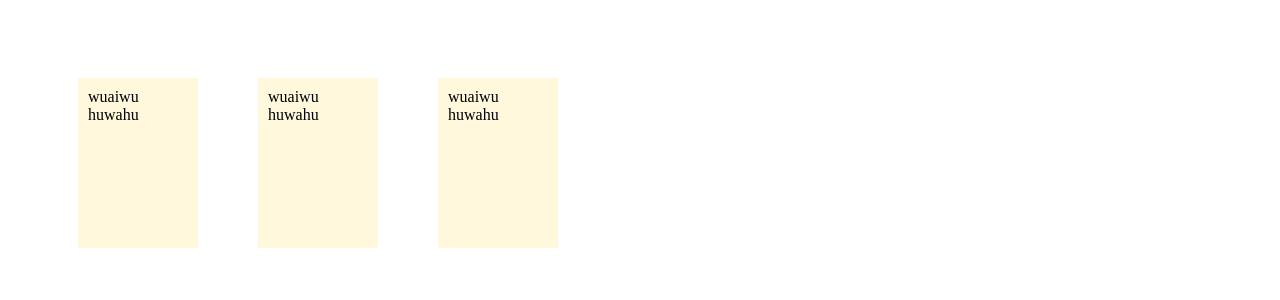
Repository: monijijian/VScodeProject
Page: 02.CSS/过渡和动画.html/过渡.html
The author's editor kept a copy of each file at every save. The page is drawn from the files as they stood at one save, then again after the next save.
The browser window is 1280 px wide. The pictures show the whole page.

Above is the page before, as saved 2020-10-14 17:11:47.

After the next save:
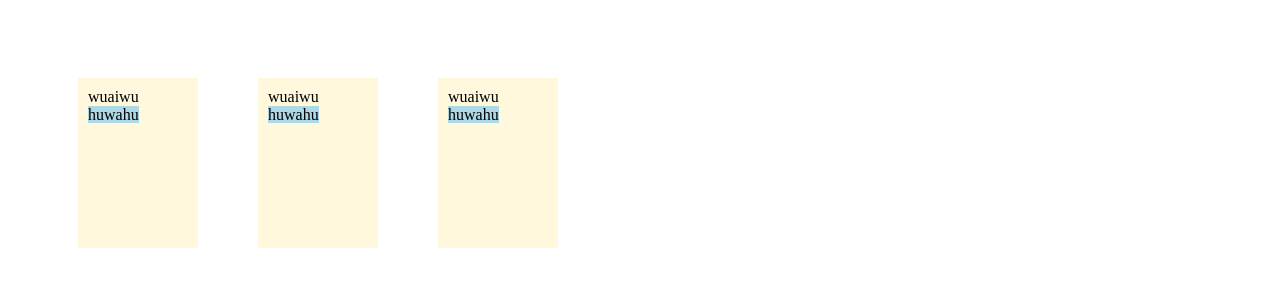
Saved 22 s later.
--- a/02.CSS/过渡和动画.html/过渡.html
+++ b/02.CSS/过渡和动画.html/过渡.html
@@ -54,15 +54,15 @@
     <div class="content">
         <div class="item">
             <span class="spn1">wuaiwu</span>
-            <span class="apn2">huwahu</span>
+            <span class="spn2">huwahu</span>
         </div>
         <div class="item">
             <span class="spn1">wuaiwu</span>
-            <span class="apn2">huwahu</span>
+            <span class="spn2">huwahu</span>
         </div>
         <div class="item">
             <span class="spn1">wuaiwu</span>
-            <span class="apn2">huwahu</span>
+            <span class="spn2">huwahu</span>
         </div>
     </div>
 </body>
